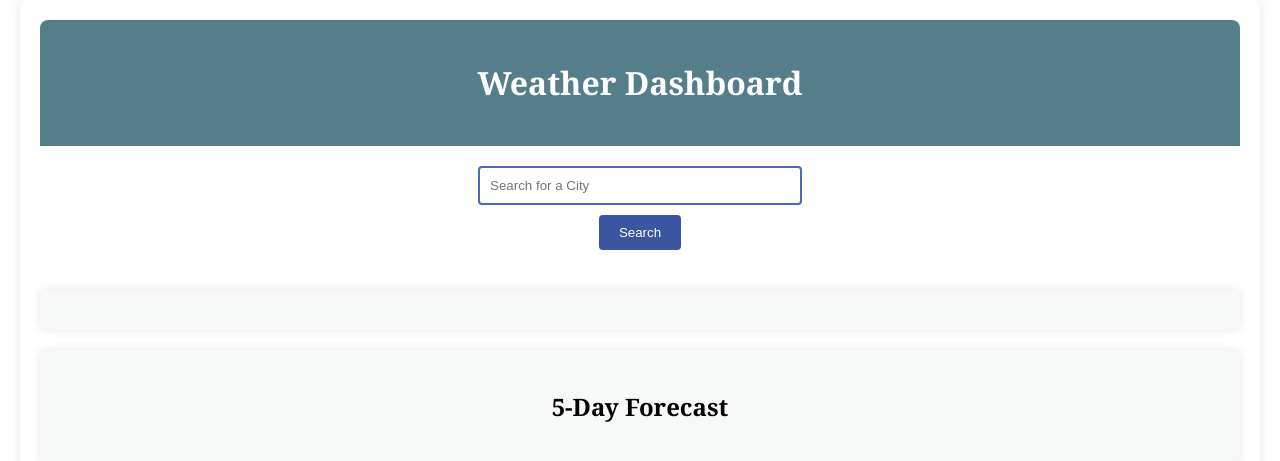
Repository: PaigeC001/WeatherOutlookTracker
Page: WeatherOutlookTracker/index.html
The author's editor kept a copy of each file at every save. The page is drawn from the files as they stood at one save, then again after the next save.
The browser window is 1280 px wide. The pictures show the whole page.
The pointer rests on the first visible `#search-button`.

Above is the page before, as saved 2024-07-16 06:38:17.

### WeatherOutlookTracker/index.html
<!DOCTYPE html>
<html lang="en">
<head>
    <meta charset="UTF-8">
    <meta name="viewport" content="width=device-width, initial-scale=1.0">
    <title>Weather Dashboard</title>
    <link rel="stylesheet" href="styles.css">
</head>
<body>
    <div class="container">
        <!-- Added header section -->
        <header>
            <h1>Weather Dashboard</h1>
        </header>
        <main>
            <section class="search-section">
                <input type="text" id="city-input" placeholder="Search for a City">
                <button id="search-button">Search</button>
                <div id="search-history" class="search-history"></div>
            </section>
            <!-- Used sections with IDs for current weather and forecast -->
            <section id="current-weather" class="current-weather"></section>
            <section id="forecast" class="forecast">
                <h2>5-Day Forecast</h2>
                <div id="forecast-items" class="forecast-items"></div>

                <script src="script.js"></script>
</body>
</html>

### WeatherOutlookTracker/styles.css
body {
    font-family: Georgia, 'Times New Roman', Times, serif, sans-serif;
    background: #ffffff;
    margin: 0;
    padding: 0;
    box-sizing: border-box;
}

.container {
    max-width: 1200px;
    margin: 0 auto;
    padding: 20px;
    background: white;
    border-radius: 8px; /* Added border-radius */
    box-shadow: 0 0 10px rgba(0, 0, 0, 0.1);
}

header { /* Updated color scheme */
    text-align: center;
    background: #557e8a;
    color: white;
    padding: 20px;
    border-radius: 8px 8px 0 0;
}

.search-section {
    display: flex;
    flex-direction: column;
    align-items: center;
    margin: 20px 0;
}

#city-input {
    width: 300px;
    padding: 10px;
    margin-bottom: 10px;
    border: 2px solid #4a69bd;
    border-radius: 4px; /* Added border-radius */
}

#search-button {
    padding: 10px 20px;
    background: #102a33;
    color: white;
    border: none;
    border-radius: 4px; /* Added border-radius */
    cursor: pointer;
}

#search-button:hover {
    background: #3b55a0;
}

.search-history {
    display: flex;
    flex-direction: column;
    align-items: center;
    margin-top: 20px;
}

.search-history button {
    width: 300px;
    padding: 10px;
    margin: 5px 0;
    background: #82ccdd;
    color: white;
    border: none;
    border-radius: 4px; /* Added border-radius */
    cursor: pointer;
}

.search-history button:hover {
    background: #60a3bc;
}

.current-weather, .forecast {
    margin: 20px 0;
    padding: 20px;
    background: #f7f9f9;
    border-radius: 8px; /* Added border-radius */
    box-shadow: 0 0 10px rgba(0, 0, 0, 0.1);
}

.current-weather h2 {
    margin: 0;
    padding-bottom: 10px;
    border-bottom: 2px solid #4a69bd;
}

.current-weather img {
    vertical-align: middle;
}

.forecast h2 {
    text-align: center;
    margin-bottom: 20px;
}

.forecast-items {
    display: flex;
    justify-content: space-between; /* Centered text and aligned forecast items in a flex container */
}

.forecast-item {
    flex: 1;
    padding: 10px;
    margin: 0 10px;
    background: #ffffff;
    border-radius: 8px; /* Added border-radius */
    text-align: center;
    box-shadow: 0 0 5px rgba(0, 0, 0, 0.1);
}

.forecast-item img {
    vertical-align: middle;
}

### WeatherOutlookTracker/script.js
const apiKey = 'fe4d8bc132a06db690ae7d80bd8988ae';

const searchButton = document.getElementById('search-button');
const cityInput = document.getElementById('city-input');
const currentWeather = document.getElementById('current-weather');
const forecastItems = document.getElementById('forecast-items');
const searchHistory = document.getElementById('search-history');

let cities = [];

searchButton.addEventListener('click', () => {
    const city = cityInput.value.trim();
    if (city && !cities.includes(city)) {
        cities.push(city);
        updateSearchHistory();
        getWeather(city);
    }
});

searchHistory.addEventListener('click', (event) => {
    if (event.target.tagName === 'BUTTON') {
        const city = event.target.textContent;
        getWeather(city);
    }
});

function updateSearchHistory() {
    searchHistory.innerHTML = '';
    cities.forEach(city => {
        const button = document.createElement('button');
        button.textContent = city;
        searchHistory.appendChild(button);
    });
}

function getWeather(city) {
    fetch(`https://api.openweathermap.org/data/2.5/weather?q=${city}&appid=${apiKey}&units=imperial`)
        .then(response => {
            if (!response.ok) {
                throw new Error('Network response was not ok');
            }
            return response.json();
        })
        .then(data => {
            displayCurrentWeather(data);
            return fetch(`https://api.openweathermap.org/data/2.5/forecast?q=${city}&appid=${apiKey}&units=imperial`);
        })
        .then(response => {
            if (!response.ok) {
                throw new Error('Network response was not ok');
            }
            return response.json();
        })
        .then(data => {
            displayForecast(data);
        })
        .catch(error => {
            console.error('Error fetching weather data:', error);
        });
}

function displayCurrentWeather(data) {
    const { name, dt, weather, main, wind } = data;
    currentWeather.innerHTML = `
        <h2>${name} (${new Date(dt * 1000).toLocaleDateString()}) <img src="https://openweathermap.org/img/wn/${weather[0].icon}.png" alt="${weather[0].description}"></h2>
        <p>Temp: ${main.temp} °F</p>
        <p>Wind: ${wind.speed} MPH</p>
        <p>Humidity: ${main.humidity}%</p>
    `;
}

function displayForecast(data) {
    forecastItems.innerHTML = '';

    const dailyForecasts = [];
    const currentDate = new Date();
    currentDate.setHours(0, 0, 0, 0);

    for (let i = 0; i < data.list.length; i++) {
        const forecast = data.list[i];
        const forecastDate = new Date(forecast.dt * 1000);
        forecastDate.setHours(0, 0, 0, 0);

        if (forecastDate <= currentDate) {
            continue;
        }

        if (dailyForecasts.length === 0 || forecastDate.getDate() !== new Date(dailyForecasts[dailyForecasts.length - 1].dt * 1000).getDate()) {
            dailyForecasts.push(forecast);
        }

        if (dailyForecasts.length === 5) {
            break;
        }
    }

    dailyForecasts.forEach((item) => {
        const { dt, weather, main, wind } = item;
        const forecastItem = document.createElement('div');
        forecastItem.className = 'forecast-item';
        forecastItem.innerHTML = `
            <p>${new Date(dt * 1000).toLocaleDateString()}</p>
            <img src="https://openweathermap.org/img/wn/${weather[0].icon}.png" alt="${weather[0].description}">
            <p>Temp: ${main.temp} °F</p>
            <p>Wind: ${wind.speed} MPH</p>
            <p>Humidity: ${main.humidity}%</p>
        `;
        forecastItems.appendChild(forecastItem);
    });
}

After the next save:
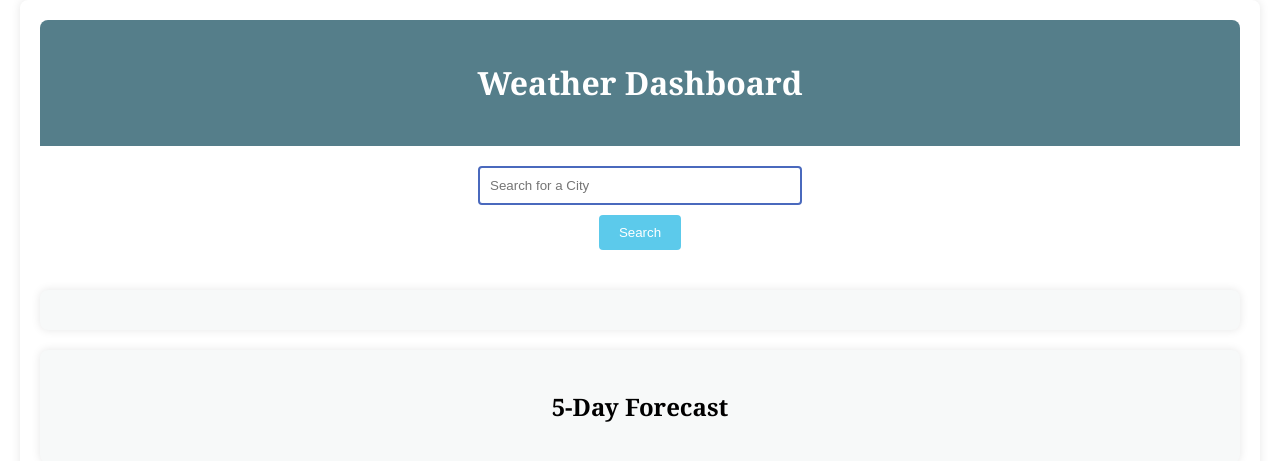
Saved 46 s later.
--- a/WeatherOutlookTracker/styles.css
+++ b/WeatherOutlookTracker/styles.css
@@ -48,7 +48,7 @@ header { /* Updated color scheme */
 }
 
 #search-button:hover {
-    background: #3b55a0;
+    background: #5ccaeb;
 }
 
 .search-history {
